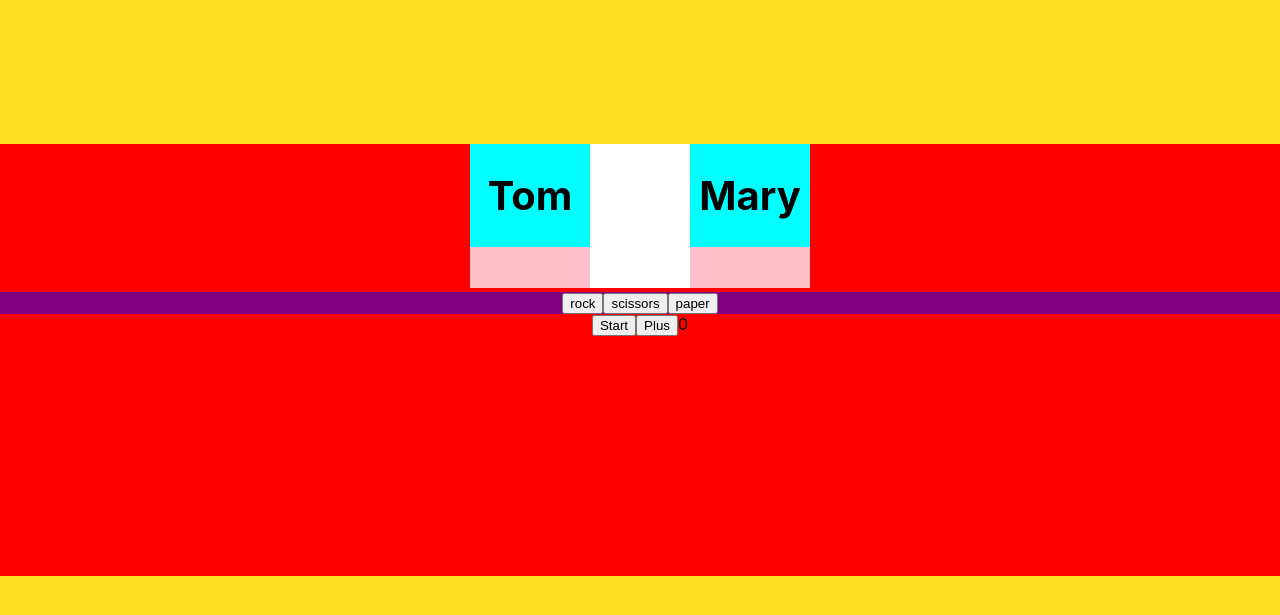
Repository: K009/Rock-Paper-Scissors
Page: /
The author's editor kept a copy of each file at every save. The page is drawn from the files as they stood at one save, then again after the next save.
The browser window is 1280 px wide. The pictures show the whole page.
The project was rebuilt for these pictures with package versions that can differ from the ones it lists, and the page was loaded fresh each time.

Above is the page before, as saved 2020-05-13 09:17:25.

### src/App.js
import React, { Component } from "react";
import "./App.css";
import Player from "./components/Player";

const weapon = ["rock", "paper", "scissors"];

class App extends Component {
  constructor() {
    super();
    this.state = {
      playerOne: weapon[0],
      playerTwo: weapon[0],
      winner: "",
    };
    this.state = { counter: 0 };
  }

  startGame = () => {
    let counter = 0;
    let gameInterval = setInterval(() => {
      //to make a delay
      counter++;
      console.log(counter);
      this.setState({
        playerTwo: weapon[Math.floor(Math.random() * weapon.length)],
        winner: "",
      });
      if (counter > 5) {
        clearInterval(gameInterval);
        this.setState({
          winner: this.selectWinner(),
        });
      }
    }, 100);
  };

  selectWinner = () => {
    const { playerOne, playerTwo } = this.state;
    console.log("Player One: " + playerOne + "Player Two: " + playerTwo);
    if (playerOne === playerTwo) {
      console.log("It's a tie");
      return "It's a tie";
    } else if (
      (playerOne === "rock" && playerTwo === "scissors") ||
      (playerOne === "paper" && playerTwo === "rock") ||
      (playerOne === "scissors" && playerTwo === "paper")
    ) {
      return "Player one wins!";
    } else {
      return "Player two wins!";
    }
  };

  selectWeapon = (weapon) => {
    //in argument it gets a value that is going to be set for playerOne
    this.setState({
      playerOne: weapon, //here it gets changed
      winner: "", //winner without any changes - still ""
    });
  };

  increment() {
    this.setState({
      counter: this.state.counter + 1,
    });
  }

  render() {
    const { playerOne, playerTwo, winner } = this.state;
    return (
      <div className="App">
        <div className="Header" />
        <div className="Main-part">
          <div className="Players">
            <Player playerName="Tom" weapon={playerOne} />
            <div className="break"> </div>
            <Player playerName="Mary" weapon={playerTwo} />
          </div>
          <div className="buttons">
            <button
              className="weapon"
              onClick={() => this.selectWeapon("rock")}
            >
              rock
            </button>
            <button
              className="weapon"
              onClick={() => this.selectWeapon("scissors")}
            >
              scissors
            </button>
            <button
              className="weapon"
              onClick={() => this.selectWeapon("paper")}
            >
              paper
            </button>
          </div>
          <div className="winner">{winner ? this.selectWinner() : null}</div>
          <button className="start" onClick={this.startGame}>
            Start
          </button>
          <button onClick={this.increment.bind(this)}>Plus</button>
          <output>{this.state.counter}</output>
        </div>
        <footer />
      </div>
    );
  }
}

export default App;

### src/App.css
.Header {
  min-height: 20vh;
  text-align: center;
  justify-content: space-around;
  background-color: #ffde22;
  display: flex;
  flex-wrap: wrap;
}

.Main-part {
  background-color: red;
  min-height: 60vh;
  text-align: center;
}

.Players {
  background-color: pink;
  text-align: center;
  display: inline-block;
}

.break {
  width: 100px;
  min-height: 20vh;
  background-color: white;
  float: left;
}

.buttons {
  background-color: purple;
}

footer {
  min-height: 20vh;
  background-color: #ffde22;
  width: 100%;
  position: absolute;
  left: 0;
  bottom: 0;
}

### src/components/Player.js
import React from "react";
import style from "./player.module.css";

const Player = ({ playerName }) => {
  return (
    <div className={style.player}>
      <h1>{playerName}</h1>
    </div>
  );
};

export default Player;

### src/components/player.module.css
.player {
  background-color: aqua;
  font-size: 20px;
  text-align: center;
  width: 120px;
  float: left;
}

Loaded but not shown: public/index.html (common file); src/index.js (common file); src/index.css (common file); src/serviceWorker.js (common file)

After the next save:
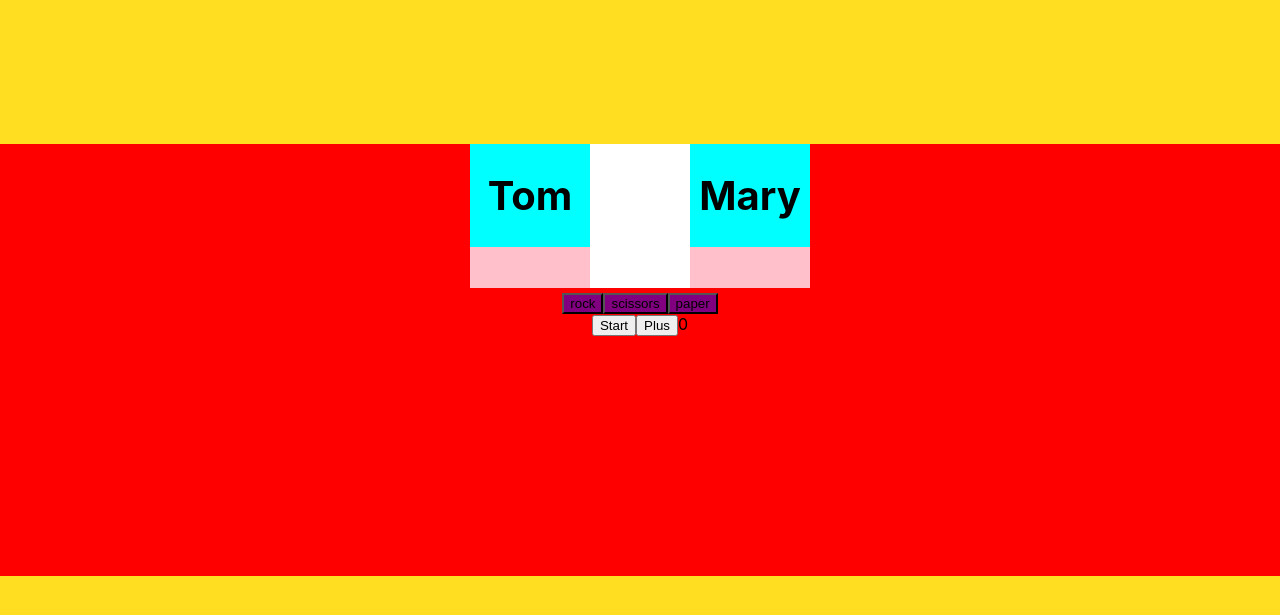
Saved 7 s later.
--- a/src/App.css
+++ b/src/App.css
@@ -26,7 +26,7 @@
   float: left;
 }
 
-.buttons {
+.weapon {
   background-color: purple;
 }
 
